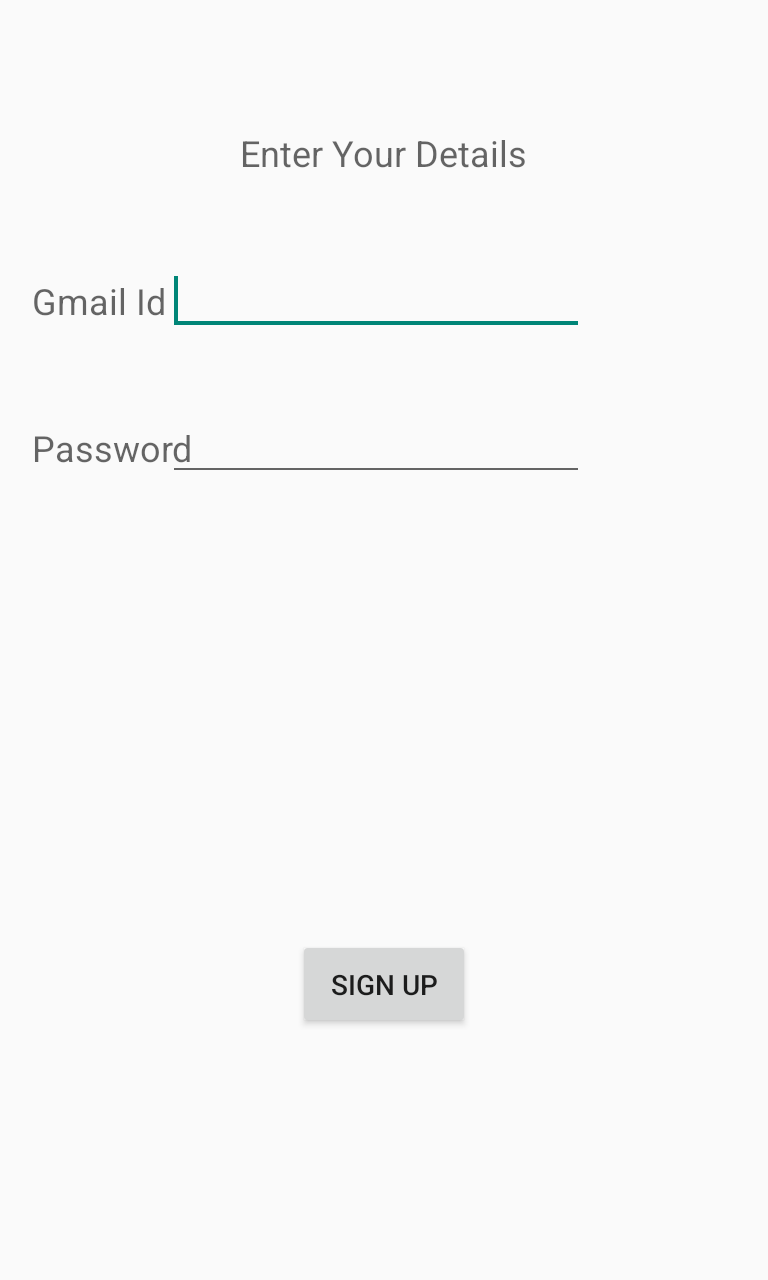
Repository: shuktika12163/ReWise
Layout: ReWise/res/layout/activity_signup.xml
An editor plug-in stored every save of this project. The layout is shown before and after the next save, followed by the edit.
It is drawn on a 768 x 1280 px phone screen (xhdpi) without system bars, with theme AppTheme; the app's code is not run.

Above is the layout before, as saved 2014-10-29 14:09:27.

After the next save:
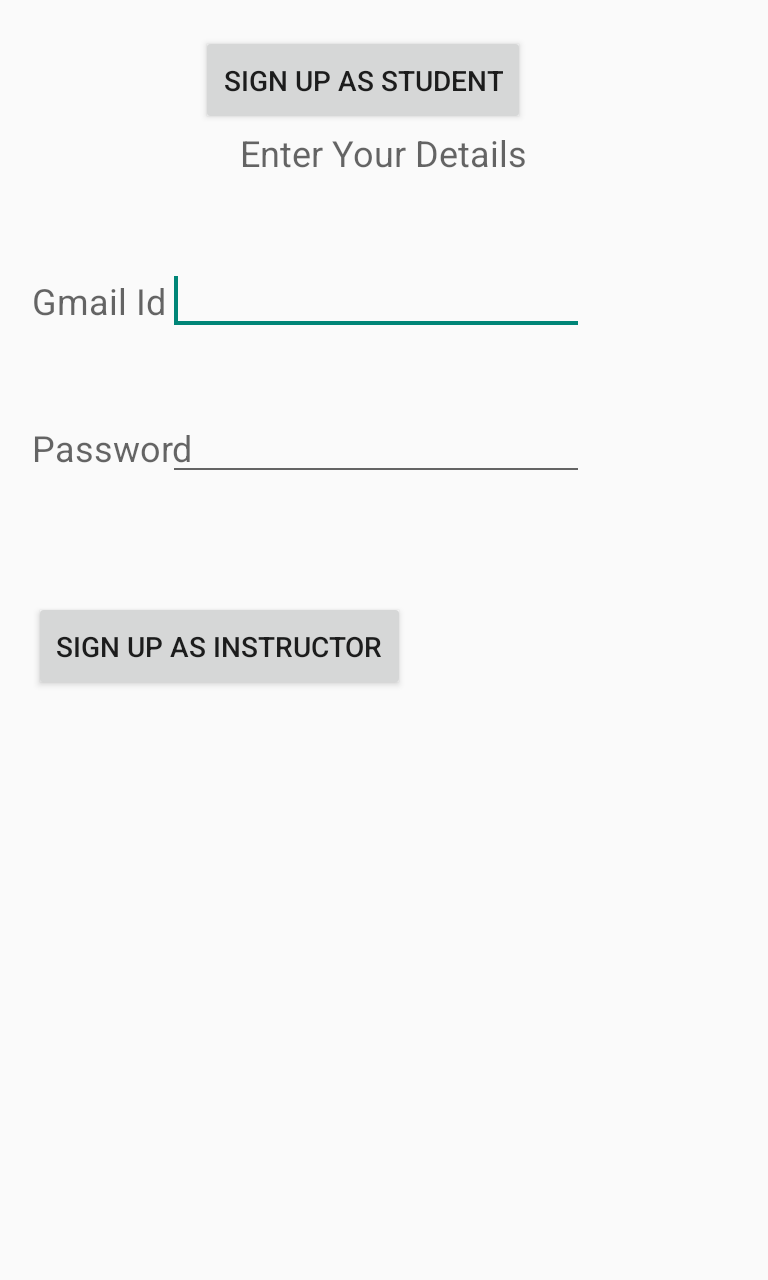
Saved 8 min 48 s later.
--- a/ReWise/res/layout/activity_signup.xml
+++ b/ReWise/res/layout/activity_signup.xml
@@ -7,15 +7,6 @@
     android:paddingRight="@dimen/activity_horizontal_margin"
     android:paddingTop="@dimen/activity_vertical_margin"
     tools:context="com.example.rewise.InstrLoginActivity" >
-
-    <Button
-        android:id="@+id/btn_signup"
-        android:layout_width="wrap_content"
-        android:layout_height="wrap_content"
-        android:layout_alignParentBottom="true"
-        android:layout_centerHorizontal="true"
-        android:layout_marginBottom="108dp"
-        android:text="Sign Up" />
 
     <TextView
         android:id="@+id/tv_password"
@@ -70,4 +61,22 @@
         android:text="Enter Your Details"
         android:textAppearance="?android:attr/textAppearanceMedium" />
 
+    <Button
+        android:id="@+id/btn_instr_signup"
+        android:layout_width="wrap_content"
+        android:layout_height="wrap_content"
+        android:layout_alignLeft="@+id/tv_password"
+        android:layout_below="@+id/et_password"
+        android:layout_marginTop="56dp"
+        android:text="Sign Up as instructor" />
+
+    <Button
+        android:id="@+id/btn_stu_signup"
+        android:layout_width="wrap_content"
+        android:layout_height="wrap_content"
+        android:layout_alignBaseline="@+id/btn_signup"
+        android:layout_alignBottom="@+id/btn_signup"
+        android:layout_alignRight="@+id/tv_details"
+        android:text="Sign Up as Student" />
+
 </RelativeLayout>
